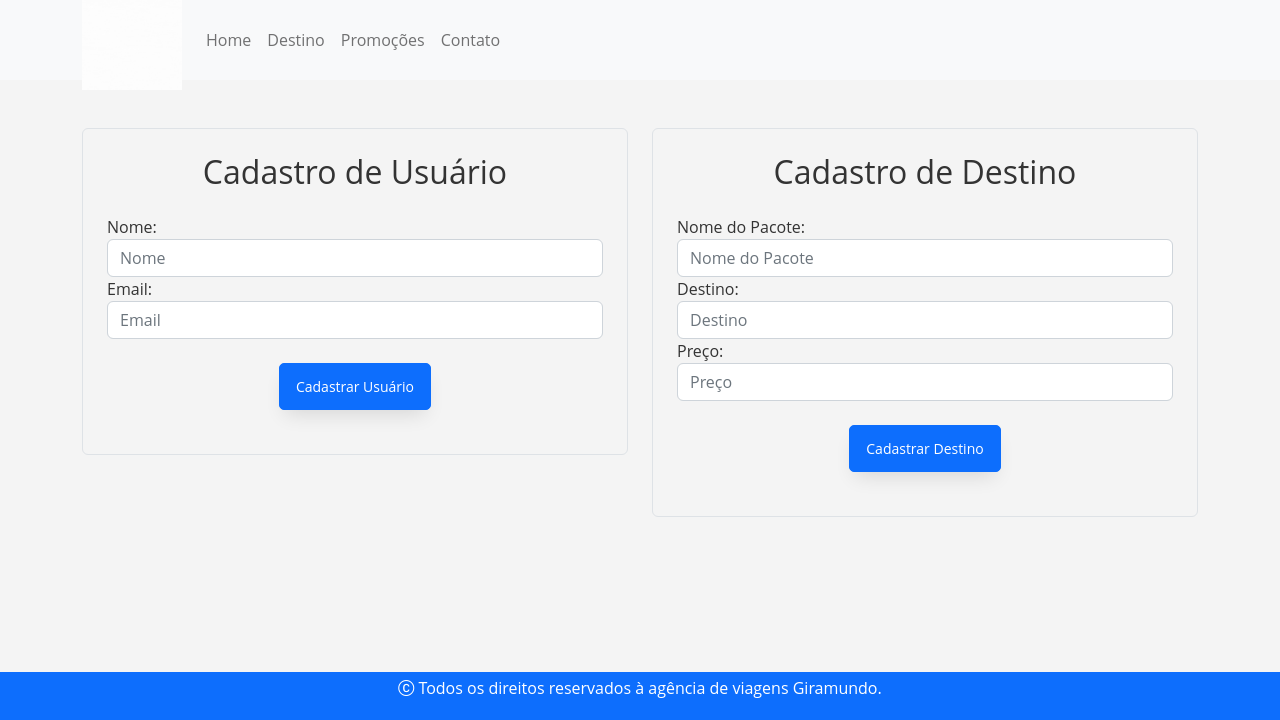
Repository: caiopiabas/RECODE-ENTREGA-3
Page: http://localhost/AgenciaViagem3/cadastro.jsp
An editor plug-in stored every save of this project. The page is shown before and after the next save, followed by the edit.
The browser window is 1280 px wide. The pictures show the whole page.
Some web libraries are served in a nearby version. The page is served by Tomcat 9. Other server files are loaded and not shown.

Above is the page before, as saved 2023-11-01 06:35:58.

### AgenciaViagem3/src/main/webapp/cadastro.jsp
<%@ page language="java" contentType="text/html; charset=UTF-8" pageEncoding="UTF-8"%>
<!DOCTYPE html>
<html lang="pt-br">
<head>
    <meta charset="utf-8">
    <meta name="viewport" content="width=device-width, initial-scale=1">
    <title>Cadastro de Usuário e Destino</title>
    <link rel="stylesheet" href="https://cdn.jsdelivr.net/npm/bootstrap-icons@1.10.5/font/bootstrap-icons.css">
   <link href="https://cdn.jsdelivr.net/npm/bootstrap@5.2.3/dist/css/bootstrap.min.css" rel="stylesheet">

    <link rel="stylesheet" href="assets/css/style.css">
</head>
<body>
    <!-- Menu Principal -->
    <nav class="navbar navbar-expand-lg navbar-light bg-light" style="height: 80px;">
        <div class="container">
            <a class="navbar-brand" href="#">
                <img src="./assets/images/logo.gif" alt="logo" class="img-fluid" width="100" height="80">
            </a>
            <button class="navbar-toggler" type="button" data-bs-toggle="collapse"
                data-bs-target="#navbarSupportedContent" aria-controls="navbarSupportedContent" aria-expanded="false"
                aria-label="Toggle navigation">
                <span class="navbar-toggler-icon"></span>
            </button>

            <div class="collapse navbar-collapse" id="navbarSupportedContent">
                <ul class="navbar-nav me-auto mb-2 mb-lg-0">
                    <li class="nav-item">
                        <a class="nav-link" aria-current="page" href="index.html">Home</a>
                    </li>
                    <li class="nav-item">
                        <a class="nav-link" href="destino.html">Destino</a>
                    </li>
                    <li class="nav-item">
                        <a class=nav-link href="promocoes.html">Promoções</a>
                    </li>
                    <li class="nav-item">
                        <a class="nav-link" href="contato.html">Contato</a>
                    </li>
                </ul>
            </div>
        </div>
    </nav>

    <div class="container mt-5">
        <div class="row">
            <div class="col-md-6">
                <!-- Formulário de Cadastro de Usuário -->
                <div class="border p-4 rounded">
                    <h2 class="text-center mb-4">Cadastro de Usuário</h2>
                    <form action="processarCadastro.jsp" method="post">
                        <div class="form-group">
                            <label for="nome">Nome:</label>
                            <input type="text" class="form-control" id="nome" name="nome" placeholder="Nome">
                        </div>

                        <div class="form-group">
                            <label for="email">Email:</label>
                            <input type="email" class="form-control" id="email" name="email" placeholder="Email">
                        </div>

                        <div class="form-group text-center">
                            <button type="submit" class="btn btn-primary mt-4">Cadastrar Usuário</button>
                        </div>
                        <input type="hidden" name="action" value="user">
                    </form>
                </div>
            </div>

            <div class="col-md-6">
                <!-- Formulário de Cadastro de Destino -->
                <div class="border p-4 rounded">
                    <h2 class="text-center mb-4">Cadastro de Destino</h2>
                    <form action="processarCadastro.jsp" method="post">
                        <div class="form-group">
                            <label for="nomePacote">Nome do Pacote:</label>
                            <input type="text" class="form-control" id="nomePacote" name="nomePacote" placeholder="Nome do Pacote">
                        </div>

                        <div class="form-group">
                            <label for="destino">Destino:</label>
                            <input type="text" class="form-control" id="destino" name="destino" placeholder="Destino">
                        </div>

                        <div class="form-group">
                            <label for="preco">Preço:</label>
                            <input type="text" class="form-control" id="preco" name="preco" placeholder="Preço">
                        </div>

                        <div class="form-group text-center">
                            <button type="submit" class="btn btn-primary mt-4">Cadastrar Destino</button>
                        </div>
                        <input type="hidden" name="action" value="destination">
                    </form>
                </div>
            </div>
        </div>
    </div>

    <!-- Rodapé -->
    <footer class="bg-primary text-center text-white p-1 fixed-bottom">
        <p><i class="bi bi-c-circle" style="font-size:1rem"></i>
            Todos os direitos reservados à agência de viagens Giramundo.</p>
    </footer>

    <!-- Scripts JavaScript do Bootstrap -->
    <script src="https://code.jquery.com/jquery-3.5.1.slim.min.js"></script>
    <script src="https://cdn.jsdelivr.net/npm/@popperjs/core@2.5.3/dist/umd/popper.min.js"></script>
    <script src="https://maxcdn.bootstrapcdn.com/bootstrap/4.5.2/js/bootstrap.min.js"></script>
</body>
</html>

### AgenciaViagem3/src/main/webapp/assets/css/style.css
body {

	margin: 0;
	padding: 0;
	background-color: #f4f4f4;
	font-family: 'Open Sans', sans-serif;
	color: #333;
}

h1,
h2,
h3,
h4,
h5,
h6 {
	color: #333;
}

.btn {
	padding: 12px 16px;
	cursor: pointer;
	border-width: 1px;
	border-radius: 5px;
	font-size: 14px;
	font-weight: 400;
	-webkit-box-shadow: 0px 10px 20px -6px rgba(0, 0, 0, 0.12);
	-moz-box-shadow: 0px 10px 20px -6px rgba(0, 0, 0, 0.12);
	box-shadow: 0px 10px 20px -6px rgba(0, 0, 0, 0.12);
	position: relative;
	margin-bottom: 20px;
	-webkit-transition: .3s;
	-moz-transition: .3s;
	-o-transition: .3s;
	transition: .3s;
}

.btn:hover,
.btn:active,
.btn:focus {
	outline: none !important;
	-webkit-box-shadow: 0px 10px 20px -6px rgba(0, 0, 0, 0.22) !important;
	-moz-box-shadow: 0px 10px 20px -6px rgba(0, 0, 0, 0.22) !important;
	box-shadow: 0px 10px 20px -6px rgba(0, 0, 0, 0.22) !important;
}

.btn.btn-primary {
	background: primary !important;
	border-color: primary !important;
	color: white;

	&:hover,
	&:focus {
		border-color: darken(primary, 10%) !important;
		background: darken(primary, 10%) !important;
	}
}

.contactForm {
	.label {
		color: black;
		text-transform: uppercase;
		font-size: 12px;
		font-weight: 600;
	}

	.form-control {
		border: none;
		border-bottom: 1px solid rgba(0, 0, 0, .1);
		padding: 0;
	}
}

#contactForm {
	.error {
		color: red;
		font-size: 12px;
	}

	.form-control {
		font-size: 16px;
	}
}

#message {
	resize: vertical;
}

#form-message-warning,
#form-message-success {
	display: none;
}

#form-message-warning {
	color: red;
}

#form-message-success {
	color: success;
	font-size: 18px;
	font-weight: bold;
}

.submitting {
	float: left;
	width: 100%;
	padding: 10px 0;
	display: none;
	font-size: 16px;
	font-weight: bold;
}


.form-bg {
	background-image: url('../images/fundoForm.jpg');
	background-size: cover;
	background-repeat: no-repeat;
	background-attachment: fixed;
}

After the next save:
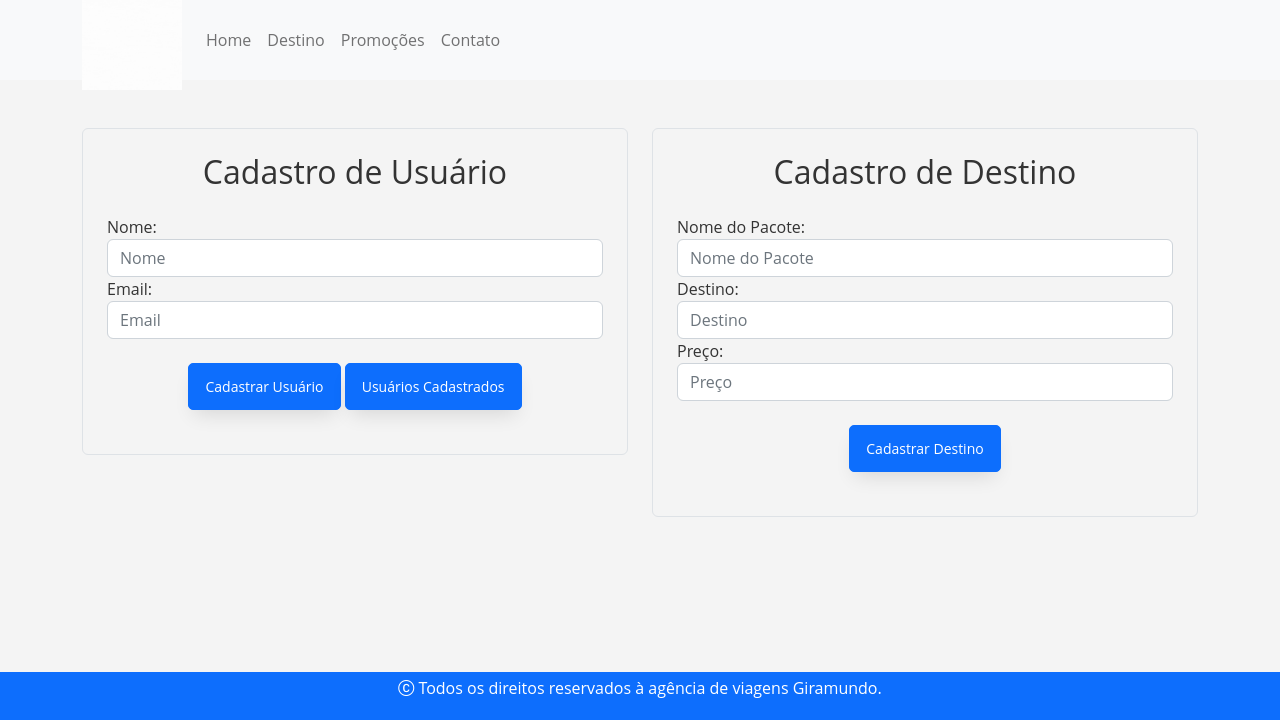
Saved 14 min 53 s later.
--- a/AgenciaViagem3/src/main/webapp/cadastro.jsp
+++ b/AgenciaViagem3/src/main/webapp/cadastro.jsp
@@ -61,6 +61,7 @@
 
                         <div class="form-group text-center">
                             <button type="submit" class="btn btn-primary mt-4">Cadastrar Usuário</button>
+                             <button type="submit" class="btn btn-primary mt-4">Usuários Cadastrados</button>
                         </div>
                         <input type="hidden" name="action" value="user">
                     </form>
